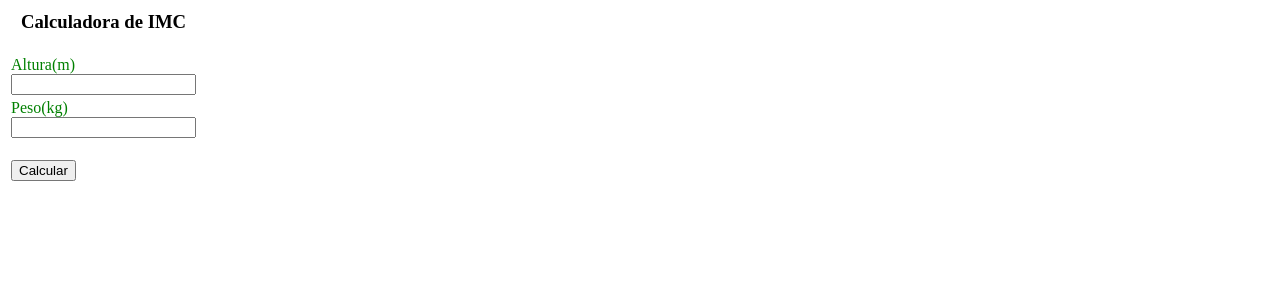
Repository: Patriciamativi/Projetos
Page: index.html
An editor plug-in stored every save of this project. The page is shown before and after a run of saves, followed by the edit.
The browser window is 1280 px wide. The pictures show the whole page.

Above is the page before, as saved 2022-11-21 14:16:06.

After the next 4 saves:
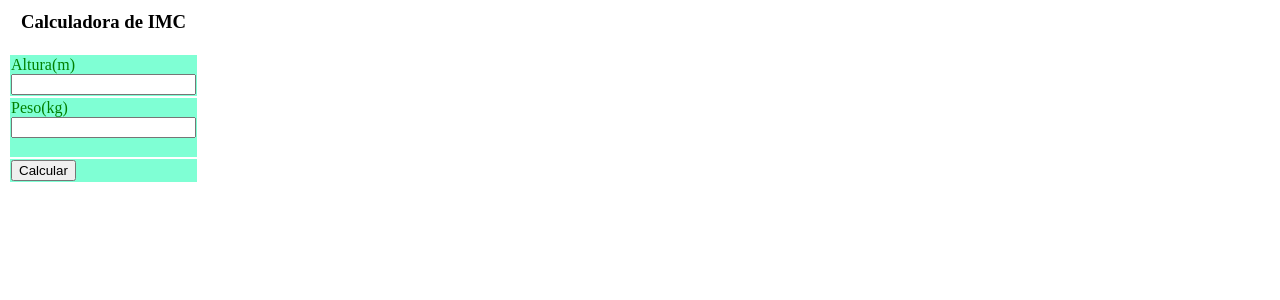
The 4 saves are shown as one change because they came seconds apart.
The last was saved 13 s later.
--- a/index.html
+++ b/index.html
@@ -9,7 +9,7 @@
             }
             td {
                 color: green;
-                background: ;
+                background-color: aquamarine;
             }
         </style>
     </head>
